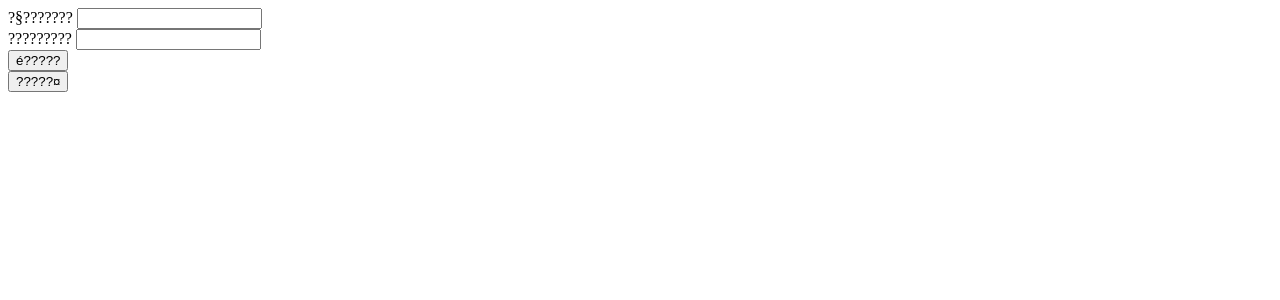
Repository: Lansefanggezi/JavaWeb
Page: http://localhost/Spring-MVC/register.jsp
These files come from the project's save history. The page is drawn as it stood at one moment and after the next save; the edit follows.
The browser window is 1280 px wide. The pictures show the whole page.
The page is served by Tomcat 9. Nobody is signed in. The application's start-up code is not run. Other server files are loaded and not shown.

Above is the page before, as saved 2018-04-04 14:06:14.

### Spring-MVC/WebContent/register.jsp
<?xml version="1.0" encoding="gb2312" ?>
<%@ page language="java" contentType="text/html; charset=gb2312"
    pageEncoding="ISO-8859-1"%>
<!DOCTYPE html PUBLIC "-//W3C//DTD XHTML 1.0 Transitional//EN" "http://www.w3.org/TR/xhtml1/DTD/xhtml1-transitional.dtd">
<html xmlns="http://www.w3.org/1999/xhtml">
<head>
<meta http-equiv="Content-Type" content="text/html; charset=gb2312" />
<title>Insert title here</title>
</head>
<body>

<form action="/mvc/pringWelcome" method="post">
	<label>姓名：</label>
	<input type="text" id="userName" />
	<br />
	<label>密碼：</label>
	<input type="password" id="password" />
	<br />
	<input type="reset" value="重置" />
	<br />
	<input type="submit" value="提交" />
</form>
</body>
</html>

After the next save:
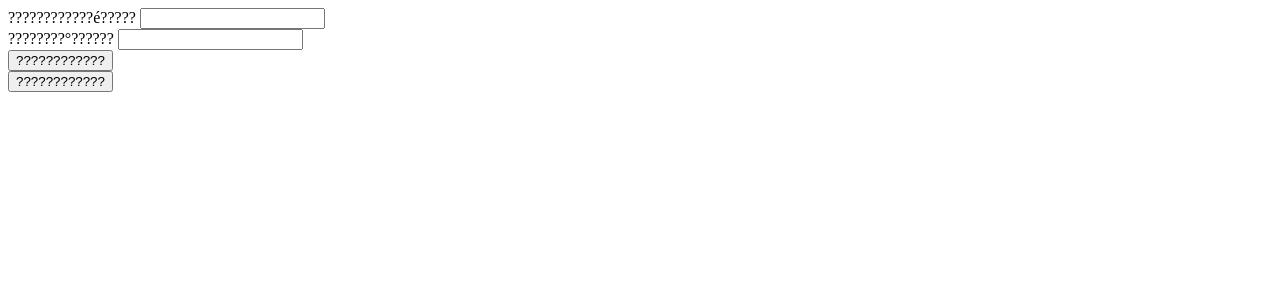
Saved 58 s later.
--- a/Spring-MVC/WebContent/register.jsp
+++ b/Spring-MVC/WebContent/register.jsp
@@ -10,15 +10,15 @@
 <body>
 
 <form action="/mvc/pringWelcome" method="post">
-	<label>姓名：</label>
+	<label>濮���锛�</label>
 	<input type="text" id="userName" />
 	<br />
-	<label>密碼：</label>
+	<label>瀵�纰硷�</label>
 	<input type="password" id="password" />
 	<br />
-	<input type="reset" value="重置" />
+	<input type="reset" value="��缃�" />
 	<br />
-	<input type="submit" value="提交" />
+	<input type="submit" value="��浜�" />
 </form>
 </body>
 </html>

After the save that followed:
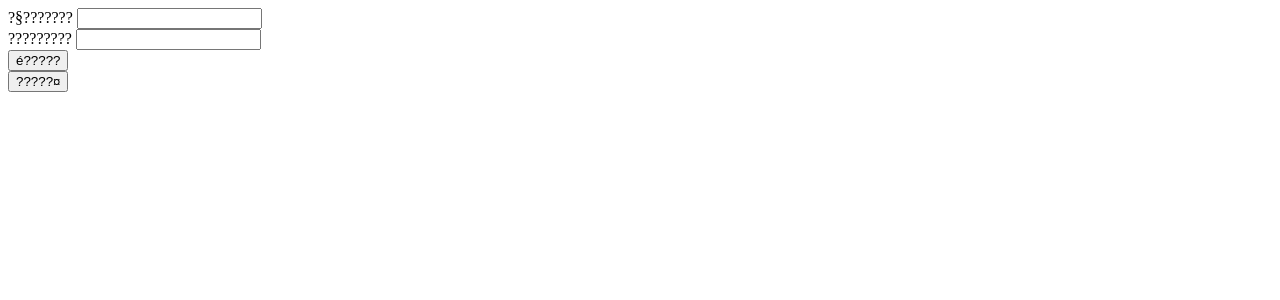
Saved 27 s later.
--- a/Spring-MVC/WebContent/register.jsp
+++ b/Spring-MVC/WebContent/register.jsp
@@ -10,15 +10,15 @@
 <body>
 
 <form action="/mvc/pringWelcome" method="post">
-	<label>濮���锛�</label>
+	<label>姓名：</label>
 	<input type="text" id="userName" />
 	<br />
-	<label>瀵�纰硷�</label>
+	<label>密碼：</label>
 	<input type="password" id="password" />
 	<br />
-	<input type="reset" value="��缃�" />
+	<input type="reset" value="重置" />
 	<br />
-	<input type="submit" value="��浜�" />
+	<input type="submit" value="提交" />
 </form>
 </body>
 </html>
